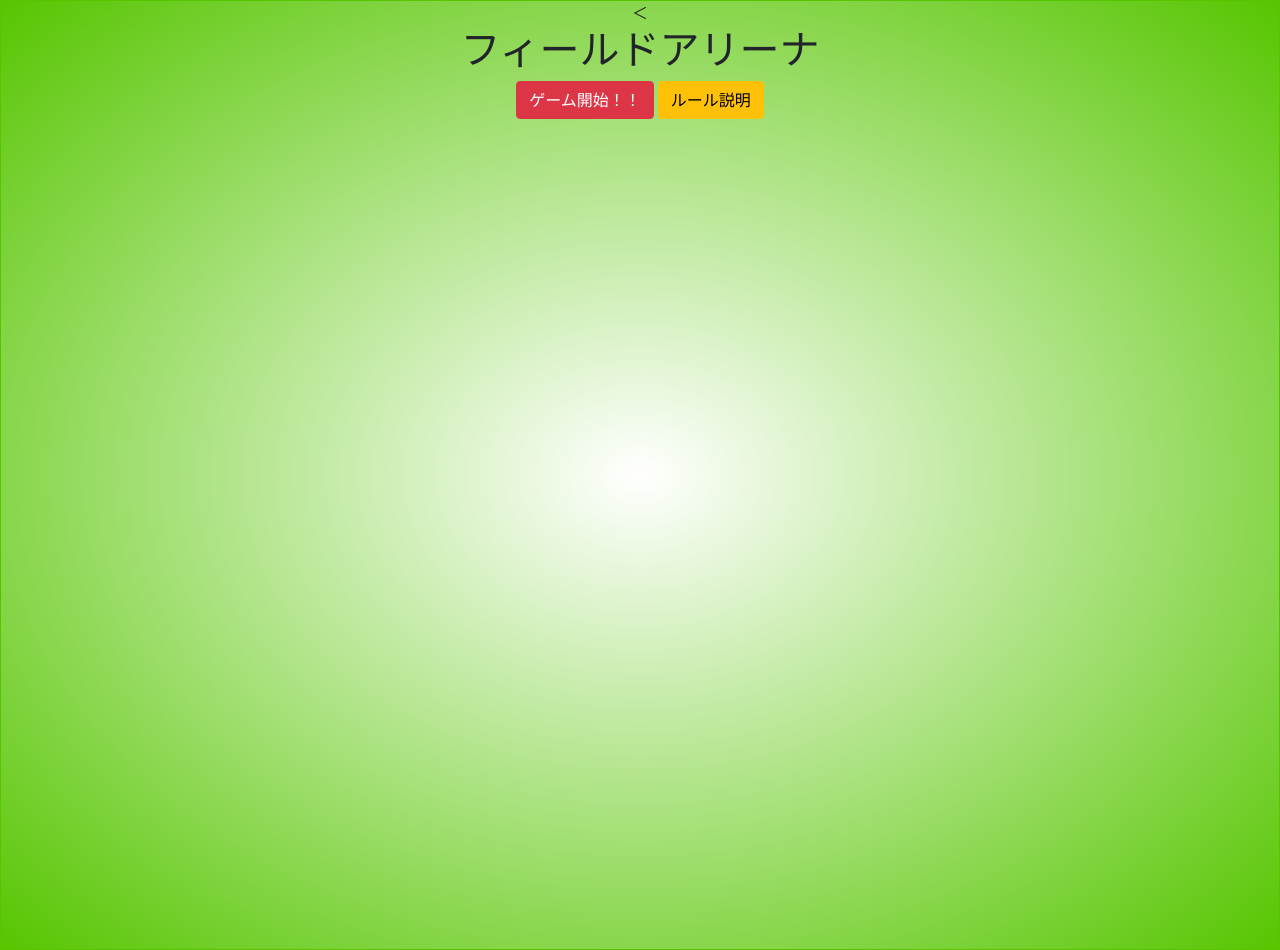
Repository: e1b21074/field_arena
Page: .log/field_arena/src/main/resources/static/index.html
An editor plug-in stored every save of this project. The page is shown before and after the next save, followed by the edit.
The browser window is 1280 px wide. The pictures show the whole page.

Above is the page before, as saved 2024-01-09 14:49:29.

### .log/field_arena/src/main/resources/static/index.html
<!DOCTYPE html>
<html lang="en">

<head>
  <meta charset="UTF-8">
  <meta name="viewport" content="width=device-width, initial-scale=1.0">
  <!-- bootstrap CSS -->
  <link href="https://cdn.jsdelivr.net/npm/bootstrap@5.0.2/dist/css/bootstrap.min.css" rel="stylesheet"
    integrity="sha384-EVSTQN3/azprG1Anm3QDgpJLIm9Nao0Yz1ztcQTwFspd3yD65VohhpuuCOmLASjC" crossorigin="anonymous">

  <title>カードゲーム</title>

  <style>
    .gradient {
      background:radial-gradient(#fff, #56C500);
      height: 950px;
      border: 1px solid #56C500;
  }
  </style>
</head>

<body class="gradient">
  <center>
    ＜
    <h1>フィールドアリーナ</h1>
    <button type="button" class="btn btn-danger" onclick="location.href='/gamearea'">ゲーム開始！！</button>
    <button type="button" class="btn btn-warning" onclick="location.href='/rule'">ルール説明</button>
  </center>

  <script src="https://cdn.jsdelivr.net/npm/bootstrap@5.0.2/dist/js/bootstrap.bundle.min.js"
    integrity="sha384-MrcW6ZMFYlzcLA8Nl+NtUVF0sA7MsXsP1UyJoMp4YLEuNSfAP+JcXn/tWtIaxVXM"
    crossorigin="anonymous"></script>
</body>

</html>

After the next save:
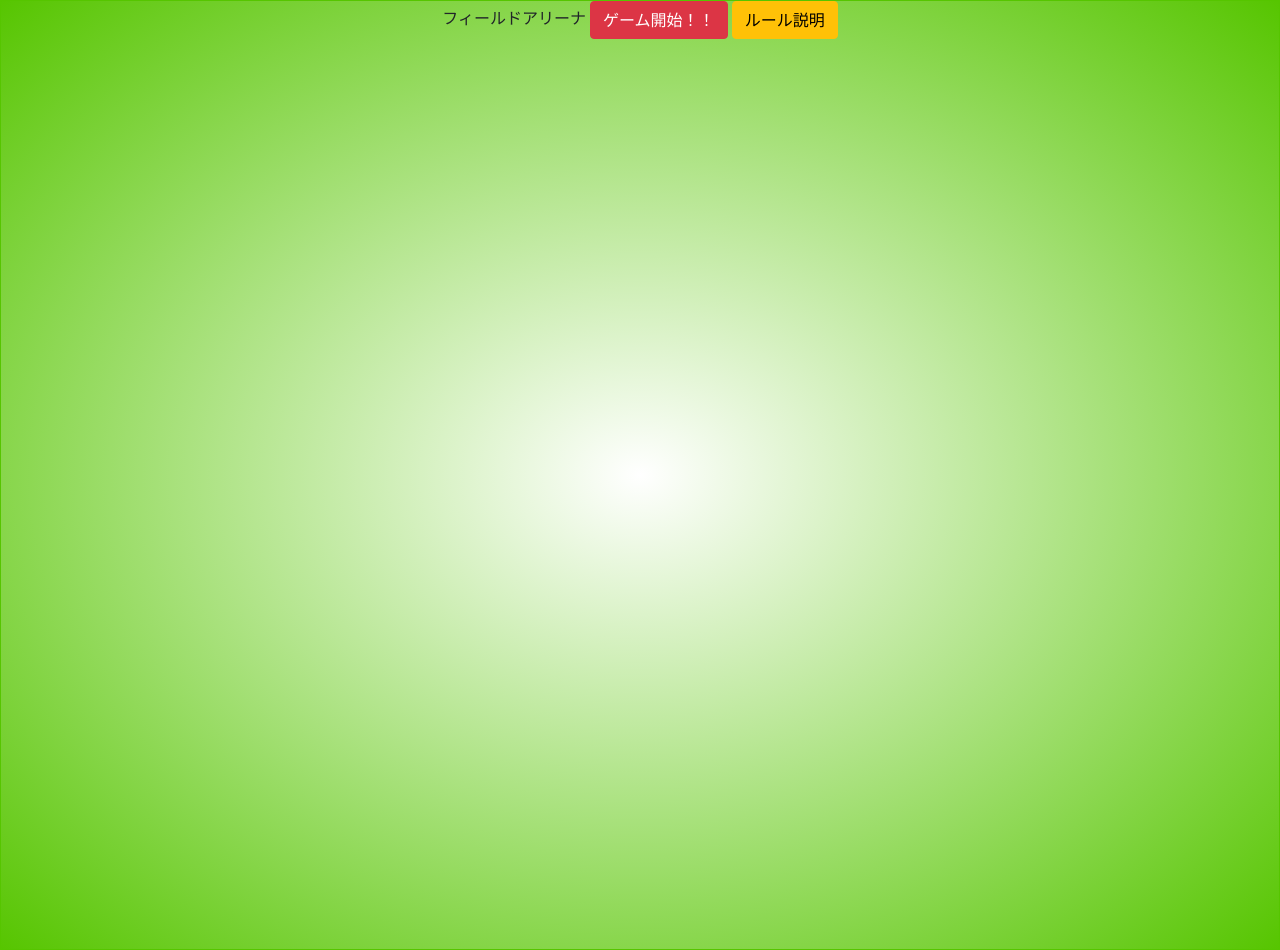
Saved 5 s later.
--- a/.log/field_arena/src/main/resources/static/index.html
+++ b/.log/field_arena/src/main/resources/static/index.html
@@ -21,7 +21,7 @@
 
 <body class="gradient">
   <center>
-    ＜
+    <div style
     <h1>フィールドアリーナ</h1>
     <button type="button" class="btn btn-danger" onclick="location.href='/gamearea'">ゲーム開始！！</button>
     <button type="button" class="btn btn-warning" onclick="location.href='/rule'">ルール説明</button>
